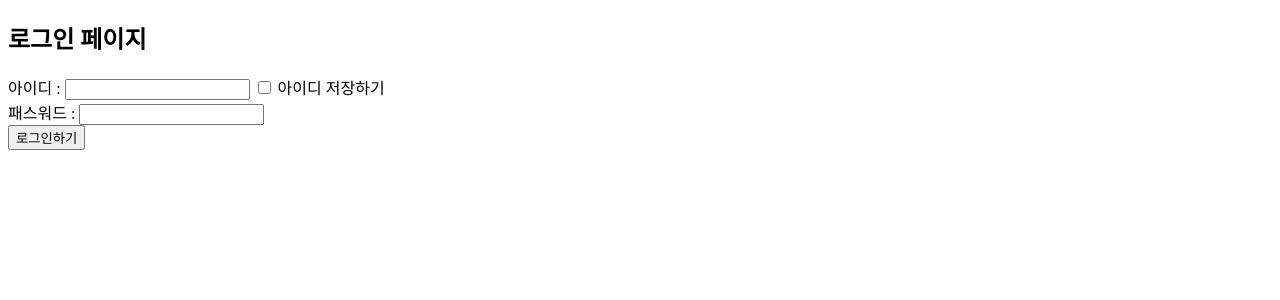
Repository: Park-Dongheon/Servlet-JSP_Training
Page: http://localhost/MustHaveJSP/05JDBC/IdSaveMain.jsp
An editor plug-in stored every save of this project. The page is shown before and after the next save, followed by the edit.
The browser window is 1280 px wide. The pictures show the whole page.
The page is served by Tomcat 10. Other server files are loaded and not shown.

Above is the page before, as saved 2024-06-13 07:30:08.

### MustHaveJSP/src/main/webapp/05JDBC/IdSaveMain.jsp
<%@ page import="utils.CookieManager" %>
<%@ page language="java" contentType="text/html; charset=UTF-8"
    pageEncoding="UTF-8"%>
<%
String loginId = CookieManager.readCookie(request, "loginId");

String cookieCheck = "";
if (!loginId.equals("")) {
	cookieCheck = "checked";
}
%>
<!DOCTYPE html>
<html>
<head>
<meta charset="UTF-8">
<title>Cookie - 아이디 저장하기</title>
<style>
	form {
		position: ; top:100px; left:100px; color:emerald;
		width:500px; height:100px; background-color:white;
	}
</style>
</head>
<body>
	<h2>로그인 페이지</h2>
	<form action="IdSaveProcess.jsp" method="post">
	아이디 : <input type="text" name="user_id" value="<%= loginId %>" />
		<input type="checkbox" name="save_check" value="Y" <%= cookieCheck %> />
		아이디 저장하기
	<br />
	패스워드 : <input type="text" name="user_pw" />
	<br />
	<input type="submit" value="로그인하기" />
	</form>
</body>
</html>

### MustHaveJSP/src/main/java/utils/CookieManager.java
package utils;

import jakarta.servlet.http.Cookie;
import jakarta.servlet.http.HttpServletRequest;
import jakarta.servlet.http.HttpServletResponse;

public class CookieManager {
	// 명시한 이름, 값, 유지 기간 조건으로 새로운 쿠키를 생성합니다.
	public static void makeCookie(HttpServletResponse response, String cName, String cValue, int cTime) {
		Cookie cookie = new Cookie(cName, cValue);		// 쿠키 생성
		cookie.setPath("/");			// 경로 설정
		cookie.setMaxAge(cTime);		// 유지 기간 설정
		response.addCookie(cookie);		// 응답 객체에 추가
	}

	// 명시한 이름의 쿠키를 찾아 그 값을 반환합니다.
	public static String readCookie(HttpServletRequest request, String cName) {
		String cookieValue = "";		// 반환 값

		Cookie[] cookies = request.getCookies();
		if (cookies != null) {
			for (Cookie c : cookies) {
				String cookieName = c.getName();
				if (cookieName.equals(cName)) {
					cookieValue = c.getValue();		// 반환 값 갱신
				}
			}
		}
		return cookieValue;
	}

	// 명시한 이름의 쿠키를 삭제합니다.
	public static void deleteCookie(HttpServletResponse response, String cName) {
		makeCookie(response, cName, "", 0);
	}

}

After the next save:
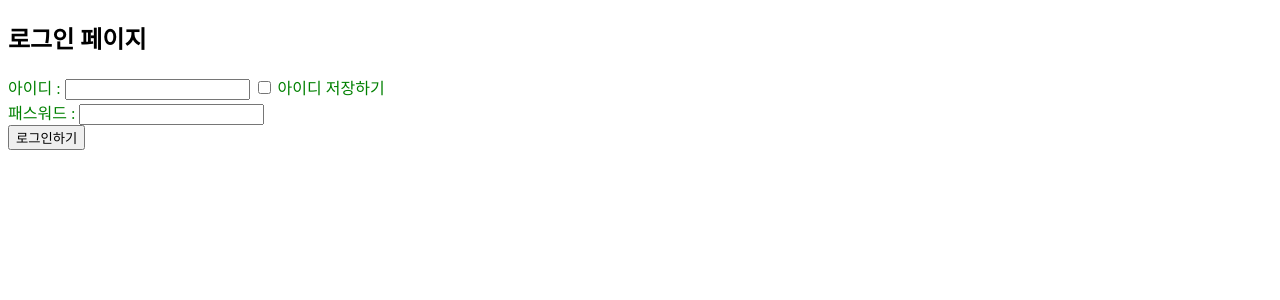
Saved 10 s later.
--- a/MustHaveJSP/src/main/webapp/05JDBC/IdSaveMain.jsp
+++ b/MustHaveJSP/src/main/webapp/05JDBC/IdSaveMain.jsp
@@ -16,7 +16,7 @@ if (!loginId.equals("")) {
 <title>Cookie - 아이디 저장하기</title>
 <style>
 	form {
-		position: ; top:100px; left:100px; color:emerald;
+		position: ; top:100px; left:100px; color:green;
 		width:500px; height:100px; background-color:white;
 	}
 </style>
